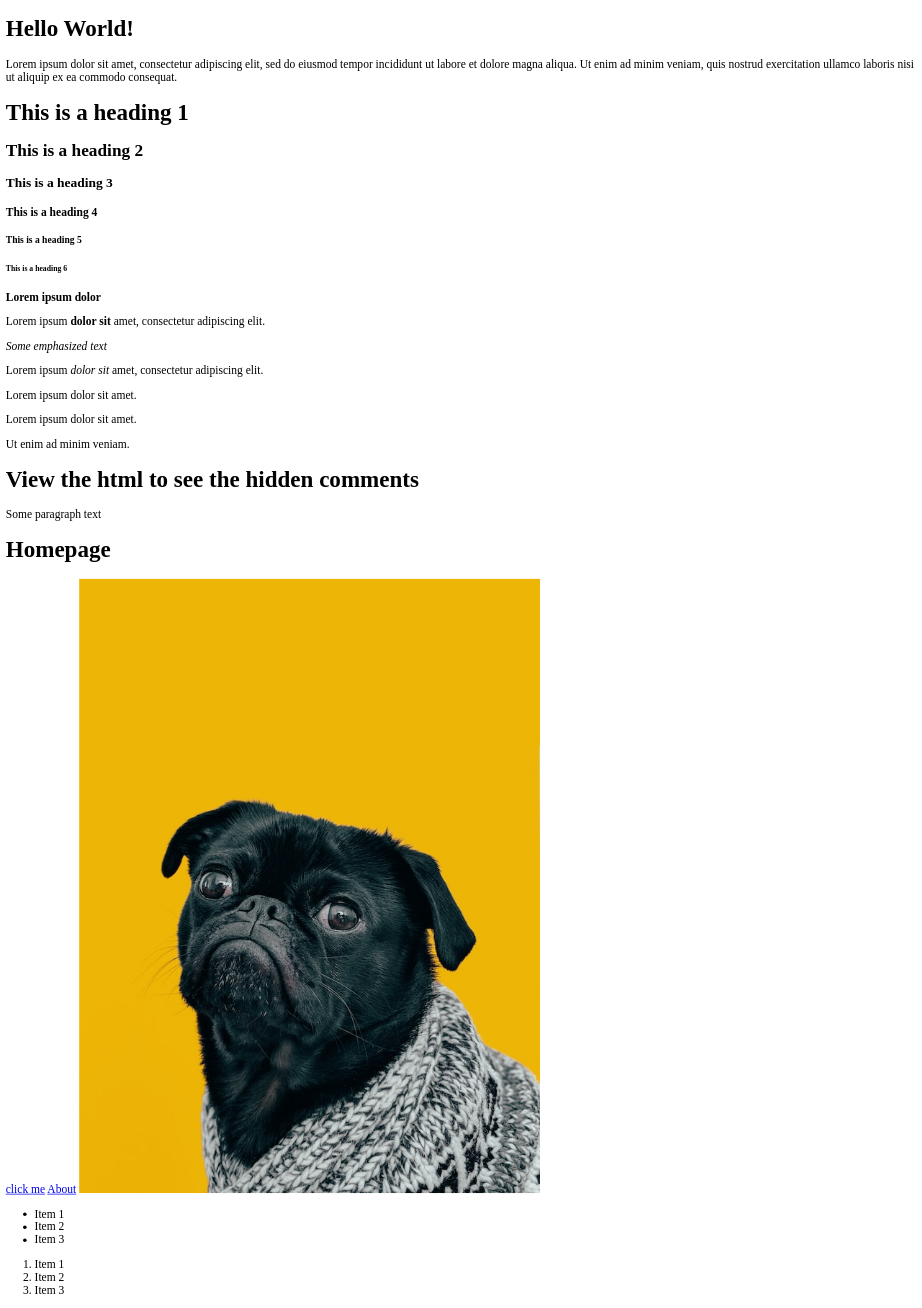
Repository: HeliosAI9/First-test-website
Page: mywebsite/html-boilerplate/index.html
These files come from the project's save history. The page is drawn as it stood at one moment and after the next save; the edit follows.
The browser window is 1280 px wide. The pictures show the whole page, at 72% of full size.

Above is the page before, as saved 2023-05-19 01:12:41.

After the next save:
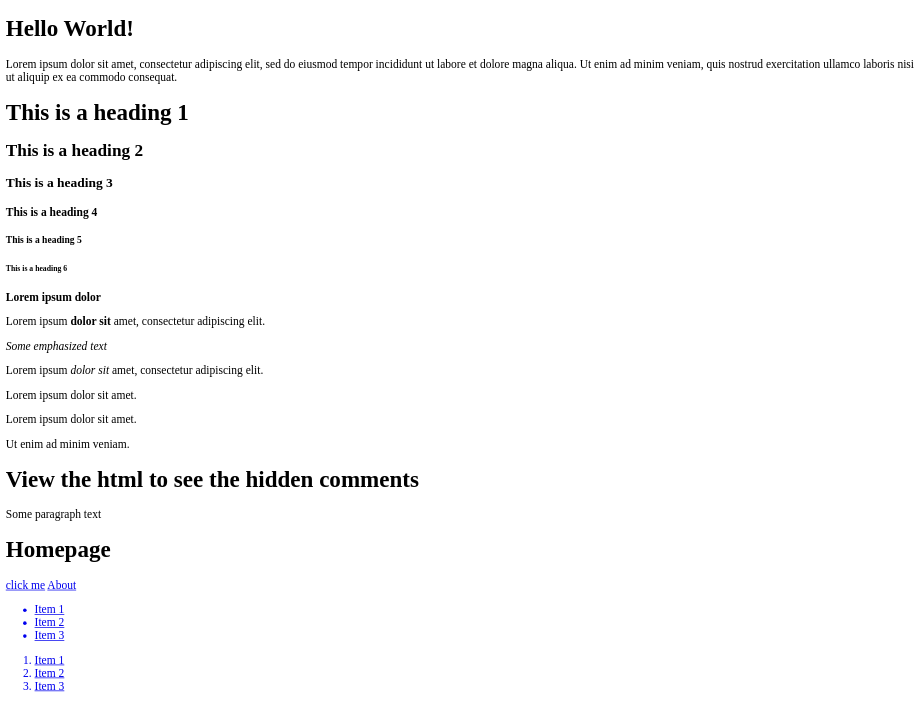
Saved 3 min 30 s later.
--- a/mywebsite/html-boilerplate/index.html
+++ b/mywebsite/html-boilerplate/index.html
@@ -50,11 +50,10 @@
 
 <a href="pages/about.html">About</a>
 
-<img src="images/dog.jpg">
+<a href="pagetwo.html" <img src="images/dog.jpg">
 
   </body>
  </html>
-
 
 <ul>
  <li>Item 1</li>

After the save that followed:
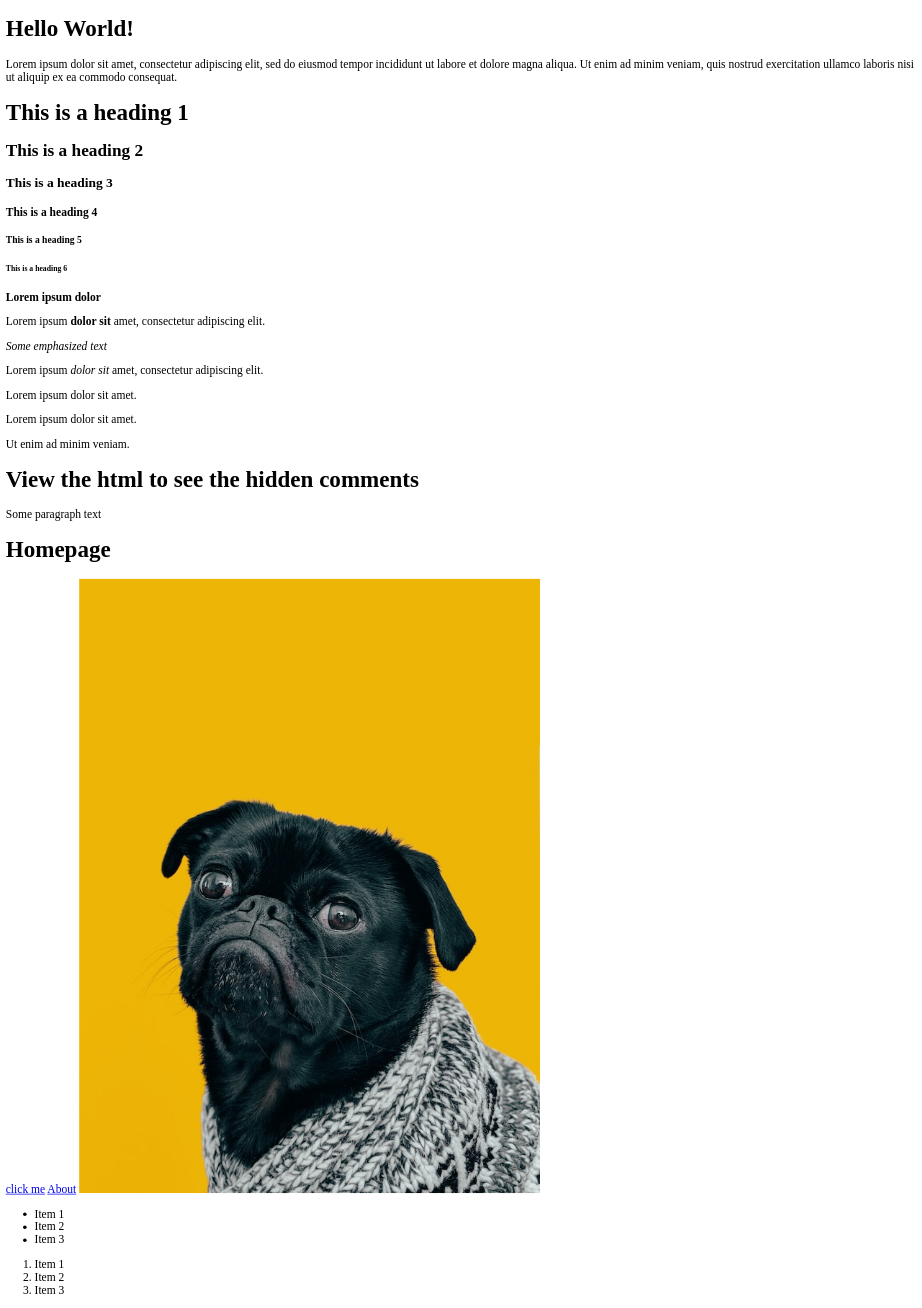
Saved 2 min 12 s later.
--- a/mywebsite/html-boilerplate/index.html
+++ b/mywebsite/html-boilerplate/index.html
@@ -50,7 +50,7 @@
 
 <a href="pages/about.html">About</a>
 
-<a href="pagetwo.html" <img src="images/dog.jpg">
+<img src="images/dog.jpg">
 
   </body>
  </html>
